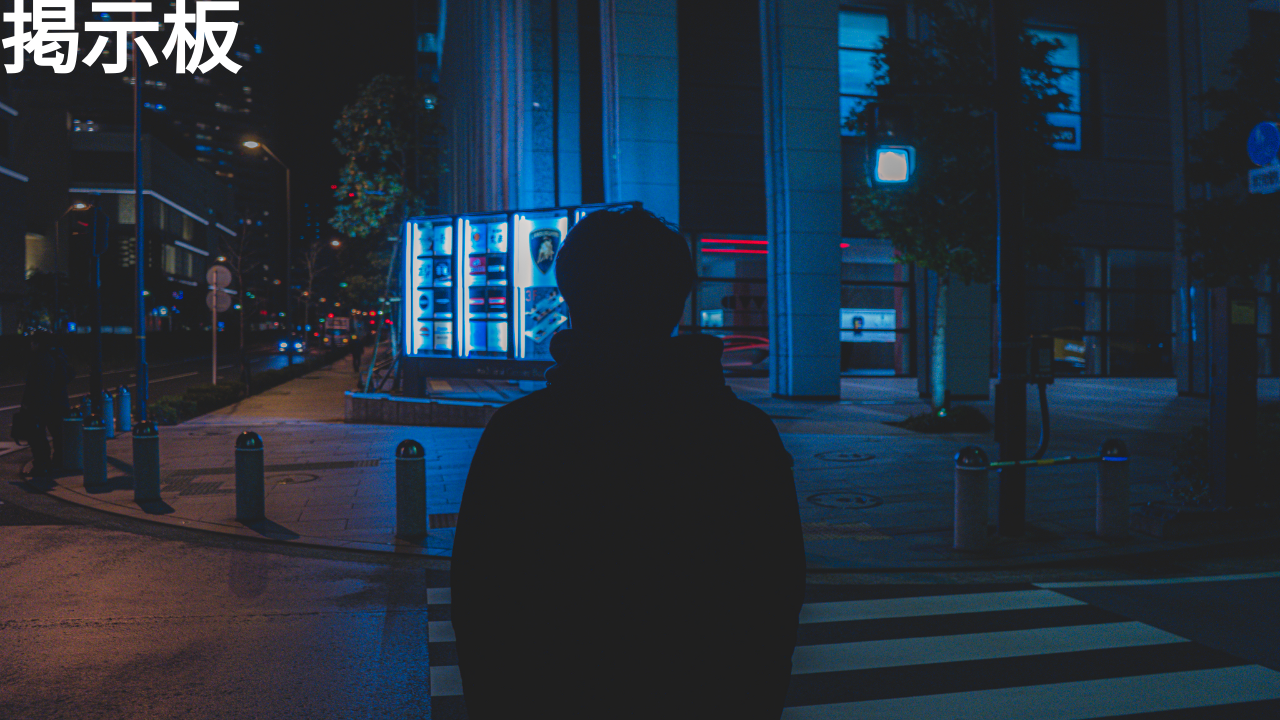
Repository: KustomApe/LandorusInc
Page: index.html
These files come from the project's save history. The page is drawn as it stood at one moment and after the next save; the edit follows.
The browser window is 1280 px wide. The pictures show the whole page.

Above is the page before, as saved 2021-07-24 12:56:02.

After the next save:
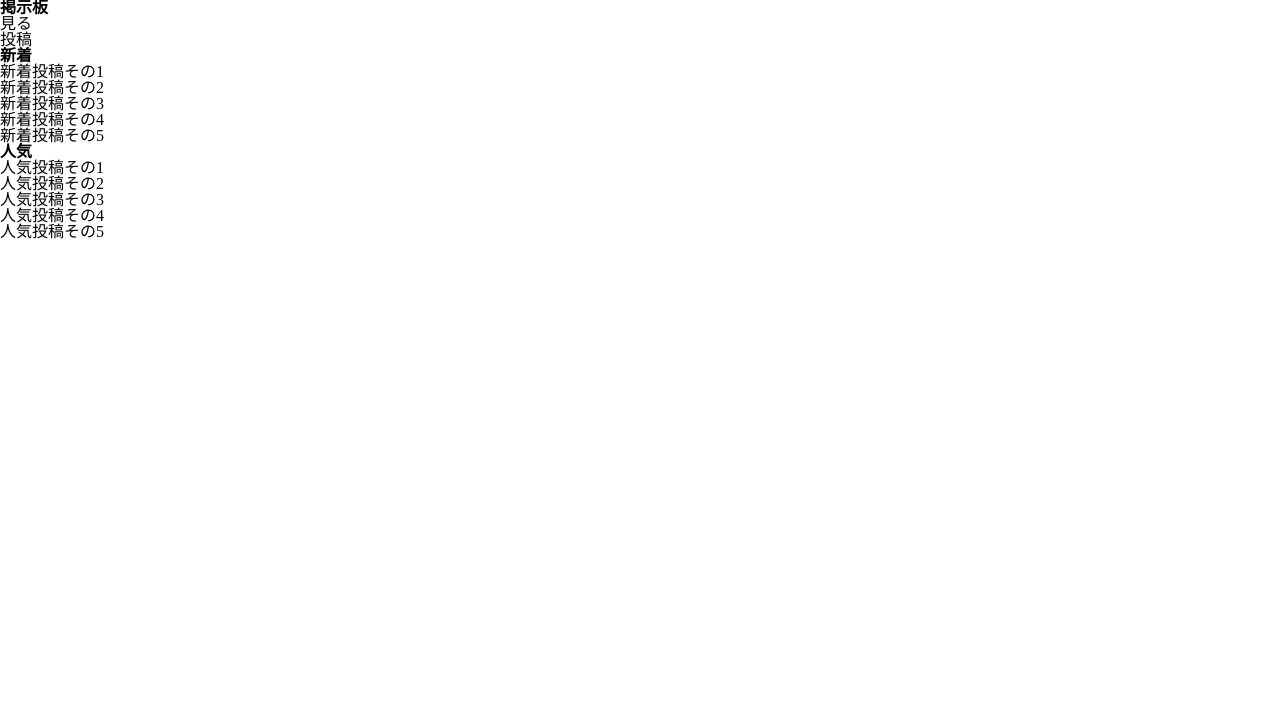
Saved 43 s later.
--- a/index.html
+++ b/index.html
@@ -10,7 +10,7 @@
 </head>
 <body>
 <div id="wrap">
-    <h1 id="main_img">掲示板</h1>
+    <div id="main_img"><h1>掲示板</h1></div>
     <div class="contents">
         <ul>
             <li>見る</li>

After the 2 saves that followed:
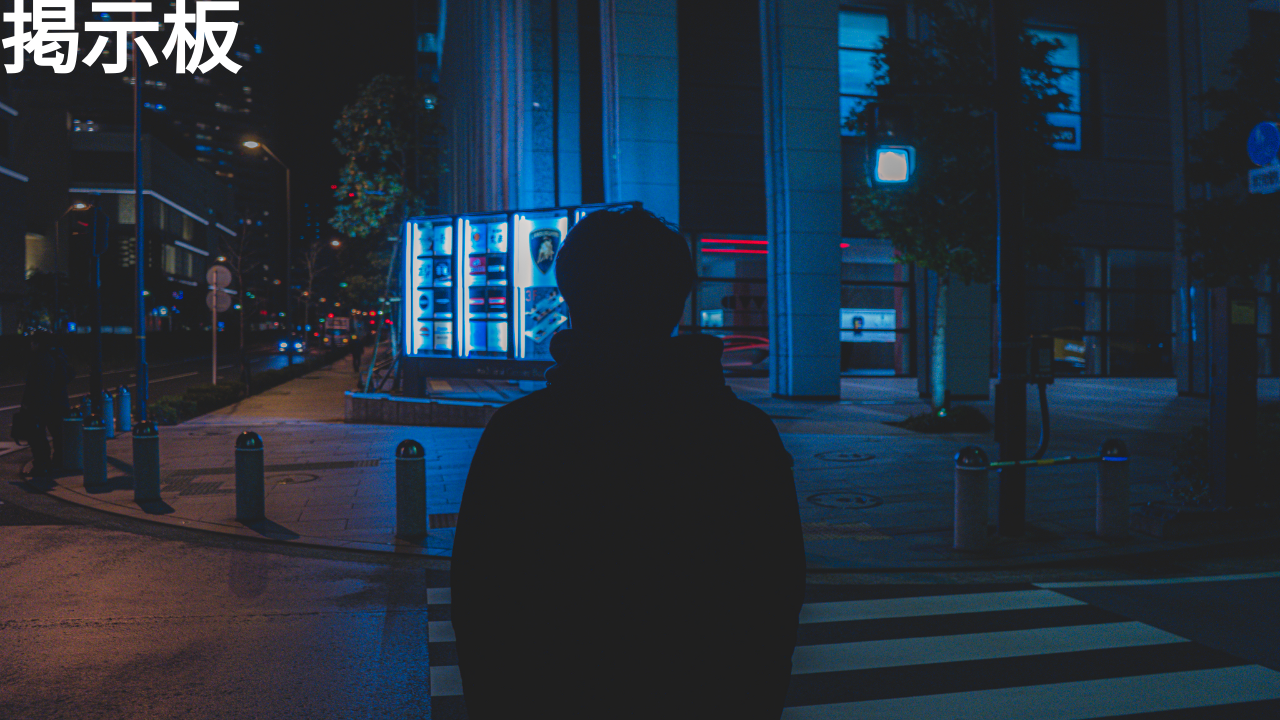
The 2 saves are shown as one change because 1 left the picture as it was.
The last was saved 13 s later.
--- a/index.html
+++ b/index.html
@@ -10,7 +10,9 @@
 </head>
 <body>
 <div id="wrap">
-    <div id="main_img"><h1>掲示板</h1></div>
+    <div id="main_img">
+        <h1>掲示板</h1>
+    </div>
     <div class="contents">
         <ul>
             <li>見る</li>
--- a/assets/css/style.css
+++ b/assets/css/style.css
@@ -5,7 +5,7 @@ body {
     max-width: 1920px;
 }
 
-h1#main_img {
+div#main_img {
     display: block;
     color: #fff;
     font-size: 5rem;
